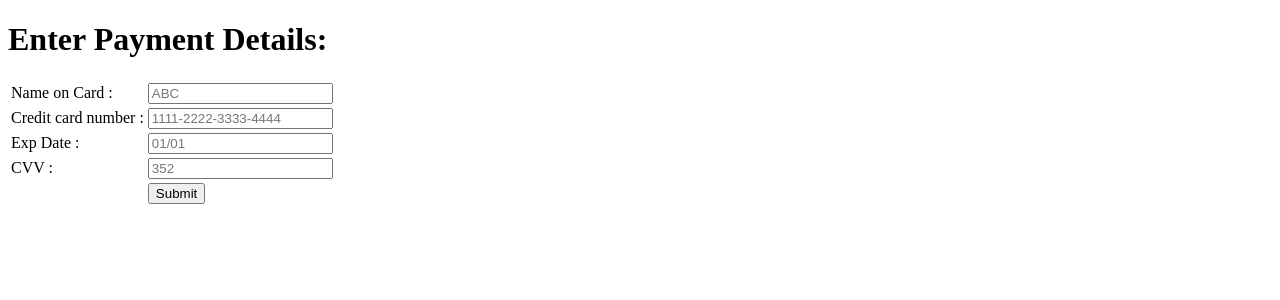
Repository: Pranathi99/FlyAway
Page: http://localhost/FlyAway/payment.jsp
An editor plug-in stored every save of this project. The page is shown before and after the next save, followed by the edit.
The browser window is 1280 px wide. The pictures show the whole page.
The page is served by Tomcat 9.

Above is the page before, as saved 2023-03-26 18:58:23.

After the next save:
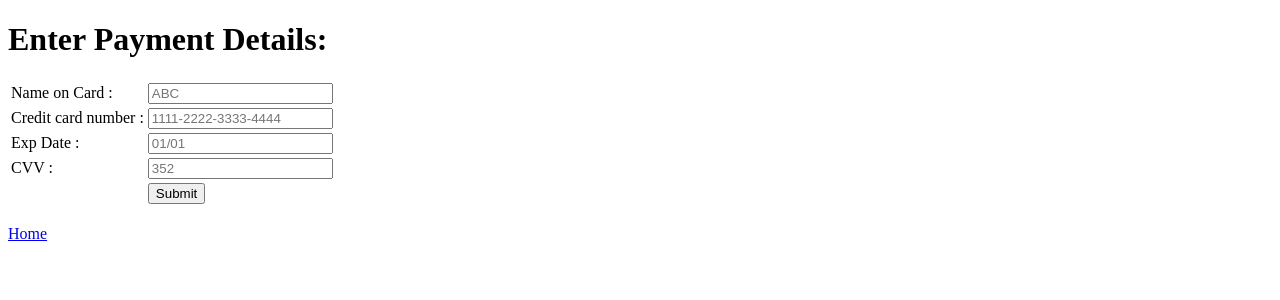
Saved 34 s later.
--- a/FlyAway/src/main/webapp/payment.jsp
+++ b/FlyAway/src/main/webapp/payment.jsp
@@ -32,5 +32,7 @@
 		    </tr>
 	    </table>
     </form>
+    <br/>
+    <a href="userHome.html">Home</a>
 </body>
 </html>
